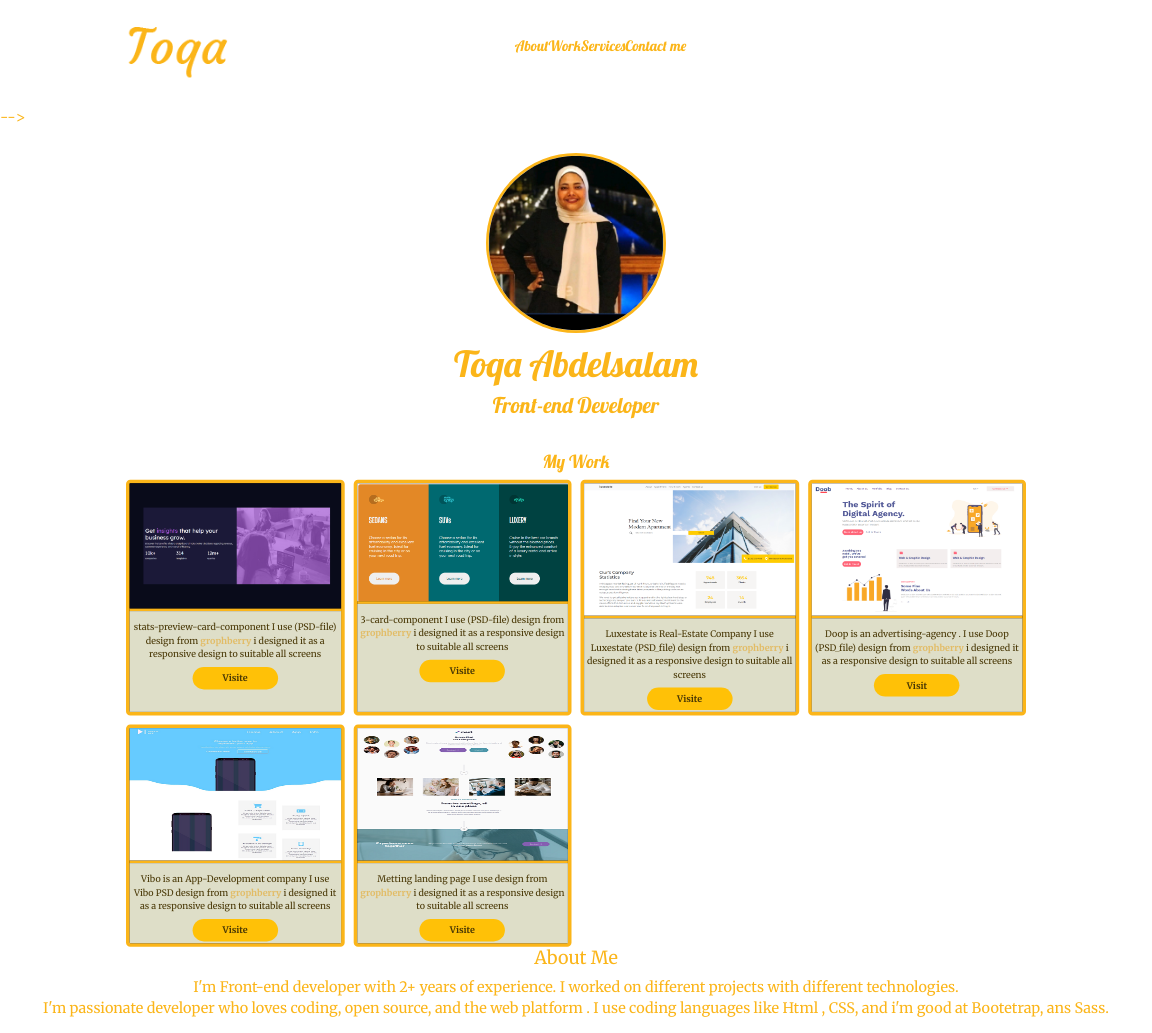
Repository: Toqa-25/portfolio
Page: index.html
These files come from the project's save history. The page is drawn as it stood at one moment and after a run of saves; the edit follows.
The browser window is 1280 px wide. The pictures show the whole page, at 90% of full size.
Some web fonts or font styles are not loaded; a fallback is used.

Above is the page before, as saved 2021-10-31 16:29:08.

### index.html
<!DOCTYPE html>
<html lang="en">
<head>
    <meta charset="UTF-8">
    <meta http-equiv="X-UA-Compatible" content="IE=edge">
    <meta name="viewport" content="width=device-width, initial-scale=1.0">
    <title>Toqa Portfolio</title>
      <!-- bootstrap file -->
      <link rel="stylesheet" href="css/all.min.css">
      <link rel="stylesheet" href="css/bootstrap.css">
      <!-- css file -->
      <link rel="stylesheet" href="css/style.css">
      <!-- fonts -->
      <link rel="preconnect" href="https://fonts.googleapis.com">
<link rel="preconnect" href="https://fonts.gstatic.com" crossorigin>
<link href="https://fonts.googleapis.com/css2?family=Lobster&family=Otomanopee+One&display=swap" rel="stylesheet">
<link rel="preconnect" href="https://fonts.googleapis.com">
<link rel="preconnect" href="https://fonts.gstatic.com" crossorigin>
<link href="https://fonts.googleapis.com/css2?family=Merriweather:ital,wght@0,300;0,400;0,700;0,900;1,300;1,400;1,700;1,900&display=swap" rel="stylesheet">
<link rel="preconnect" href="https://fonts.googleapis.com">
<link rel="preconnect" href="https://fonts.gstatic.com" crossorigin>
<link href="https://fonts.googleapis.com/css2?family=Bebas+Neue&family=Oswald:wght@200;300;400;500;600;700&display=swap" rel="stylesheet">
</head>
<body>
        <!-- header section -->
    <header class="pad">
       <div class="container">
         <div class="header-content">
           <div class="header-logo">
             <img src="images/logo.png" alt="logo">
           </div>
           <div class="header-nav">
             <div class="bar">
               <svg xmlns="http://www.w3.org/2000/svg" width="35" height="35" fill="#fbb519" class="bi bi-list" viewBox="0 0 16 16">
                 <path fill-rule="evenodd" d="M2.5 12a.5.5 0 0 1 .5-.5h10a.5.5 0 0 1 0 1H3a.5.5 0 0 1-.5-.5zm0-4a.5.5 0 0 1 .5-.5h10a.5.5 0 0 1 0 1H3a.5.5 0 0 1-.5-.5zm0-4a.5.5 0 0 1 .5-.5h10a.5.5 0 0 1 0 1H3a.5.5 0 0 1-.5-.5z"/>
               </svg>
             </div>
             <ul class="list unlist">
                 <li>About</li>
                 <li>Work</li>
                 <li>Services</li>
                 <li>Contact me</li>
                 <!-- <li>Reviews</li> -->
             </ul>

           </div>
         </div>
         </div>
        </header><!-- end header section -->
       <!-- <div role="bar">
      <ul class="hidden-bar">
        <li>About</li>
        <li>Work</li>
        <li>Services</li>
        <li>Contact me</li>
        <!-- <li>Reviews</li> -->
      <!-- </ul>
      </div> -->
    <!-- </nav> --> -->

    <!-- information  section -->
    <section  class="inform pad">
      <div class="main-inform " role="main">
        <div class="inform-info">
        <img src="images/toqa.jpg" alt=""><br>
        <h1>Toqa Abdelsalam</h1>
        <h4>Front-end Developer</h4>
      </div>
      </div>
    </section>

      <section class="section container work">
      <h5>My Work</h5>
      <div class="card-groups">
      <div class="project card" role="menu">
        <img src="images/toqa-25.github.io_stats-preview-card-component-main_.png" alt="">
        <p>stats-preview-card-component
      I use  (PSD-file) design from <span> <a href="https://www.frontendmentor.io/">grophberry</a></span>
  i designed it as a responsive design to suitable all screens <br>
  <button><a href="https://toqa-25.github.io/stats-preview-card-component-main/">Visite</a></button>
 </p>
 </div>
      <div class="project card" role="menu">
        <img src="images/toqa-25.github.io_3-cards-component3_.png" alt="">
        <p>3-card-component
      I use (PSD-file) design from <span> <a href="https://www.frontendmentor.io/">grophberry</a></span>
  i designed it as a responsive design to suitable all screens <br>
  <button><a href="https://toqa-25.github.io/3-cards-component/">Visite</a></button>
 </p>
 </div>
      <div class="project card" role="menu">
          <img src="images/destop-luxestate - Copy (1).png" alt="">
          <p>Luxestate is Real-Estate Company
        I use Luxestate (PSD_file) design from <span> <a href="https://www.graphberry.com/">grophberry</a></span>
    i designed it as a responsive design to suitable all screens <br>
    <button><a href="https://toqa-25.github.io/luxstate-project-/">Visite</a></button>
   </p>
   </div>
      <div class="project card" role="menu">
          <img src="images/web_design.png" alt="">
          <p>Doop is an advertising-agency .
        I use Doop (PSD_file) design from <span> <a href="https://www.graphberry.com/">grophberry</a></span>
    i designed it as a responsive design to suitable all screens <br>
    <button><a href="https://toqa-25.github.io/simply-agency/">Visit </a></button>
   </p>
   </div>
      <div class="project card" role="menu">
        <img src="images/Vibo_App(desktop)_toqa-25.github.io2.png" alt="">
          <p>Vibo is an App-Development company
        I use Vibo PSD design from <span> <a href="https://www.graphberry.com/">grophberry</a></span>
    i designed it as a responsive design to suitable all screens <br>
    <button><a href="https://toqa-25.github.io/vibo-app/">Visite</a></button>
   </p>
   </div>
   <div class="project card" role="menu">
    <img src="images/toqa-25.github.io_landing-meeting-page_desktop.png" alt="">
    <p>Metting landing page
  I use  design from <span> <a href="https://www.frontendmentor.io/">grophberry</a></span>
i designed it as a responsive design to suitable all screens <br>
<button><a href="https://toqa-25.github.io/landing-meeting-page/">Visite</a></button>
</p>
</div>
   </div>
      </section>

      <section class="section about">

          <h5>About Me</h5>
      <p> I'm Front-end developer with 2+ years of experience. I worked on different projects with different technologies. <br>
       I'm passionate developer who loves coding, open source, and the web platform .
       I use coding languages like Html , CSS, and i'm good at Bootetrap, ans Sass. </p>
      </section>

</body>
</html>

### css/style.css
/*
    public style
***********************
*/
:root{
    --main-color:#fbb519;
    --section-padding:30px;
}
* , *:after , *:before{
    box-sizing: border-box;
    margin: 0;
    padding: 0;
}
body{
    font-family: 'Merriweather', serif;
    color:var(--main-color);
}
.pad{
    padding: var(--section-padding) 0;
}
.container
{
  width: 80%;
  margin:auto;
}
 .pad h5{
    text-align: center;
    font-family: 'Lobster';
    margin-bottom: 15px;
 }
 .unlist{
     list-style: none;
 }
/*
    header style
***********************
*/
 header{
    font-family: 'Lobster', cursive;
 }
 .header-content{
    display: flex;
}
.header-logo{
    width:40%;
}
.header-nav{
    display: flex;
    justify-content: space-between;
    align-items: center;
     width:60%;
 }
 .bar{
     display: none;
 }
 .header-nav .list{
     display: flex;
     justify-content: space-between;
 }
  nav img{
     margin-top:10px;
 }
 nav .list{
     width: 50%;
    margin-top:20px;
    list-style: none;
    color:var(--main-color);
    display: flex;
    justify-content: space-evenly;
    cursor: pointer;
    font-size: 20px;
 }
 nav .list li{
     font-size: 20px;
     transition: .2s;
     -webkit-transition: .2s;
     -moz-transition: .2s;
     -ms-transition: .2s;
     -o-transition: .2s;
    }
    nav .list li:hover{
        border-bottom: 2px solid var(--main-color);
    }


.bar{
     position: relative;
 }
  .hidden-bar {
     display: block;
     color:var(--main-color);
     position: absolute;
    top: 25px;
    left: 45px;
     background-color: #f5f5dc91;
     list-style: none;
     border-radius: 8px;
     padding: 10px;

 }
/* media quary for header*/
 @media (min-width: 767px){
   /* .list {
      display: none;
  } */
  /* div{
      display: block;
      padding: 15px;
  } */
  .main-inform  h2{
    font-size: 20px;
    line-height: 2rem;
  }
  .main-inform img{
    width: 100px;
    height: 100px;
 }
}
 @media (min-width: 768px){
     /* nav div{
         display: none;

     } */
 }


 /* .hidden-bar{
    display: none;

} */
.hidden-bar li:hover{
 padding: 5px;
 font-size: 25px;
}
/*
    my image style
***********************
*/

 .main-inform{
    color: var(--main-color);
    text-align: center;
    /* background-image: url(../images/mohammad-rahmani-8qEB0fTe9Vw-unsplash.jpg); */
    height: 300px;
    display: flex;
    align-items: center;
    justify-content: center;
    /* font-family: 'Bebas Neue', cursive; */
     /* font-family: 'Oswald', sans-serif; */
     font-family: 'Lobster', cursive;


 }
 .main-inform img{
     width: 200px;
     height: 200px;
     border:3px solid;
     border-radius: 50%;
     -webkit-border-radius: 50%;
     -moz-border-radius: 50%;
     -ms-border-radius: 50%;
     -o-border-radius: 50%;
     margin-bottom: 10px;
}
 h2{
    color: #dad3d3;
    text-transform: uppercase;
    line-height: 3rem;
 }
 span{
     color:var(--main-color)
 }
 .card-groups{
     display: grid;
    grid-template-columns:repeat(4,1fr);
    gap:10px;
 }
 .work h5{
    text-align: center;
    font-family: 'Lobster';
 }
.card {
    width: 100%;
    height: 100%;
    position: relative;
    display: flex;
    flex-direction: column;
    min-width: 0;
    word-wrap: break-word;
    background-color: black;
    background-clip: border-box;
    border: 4px solid var(--main-color);
    border-radius: 0.3rem;
}

.card img{
    max-width:100%;
    max-height: 150px;
    border-bottom: 3px solid;
}
.card img:hover{
   transform: scale(1.1);
   -webkit-transform: scale(1.1);
   -moz-transform: scale(1.1);
   -ms-transform: scale(1.1);
   -o-transform: scale(1.1);
}
.card p{
    margin-bottom: 1rem;
    background-color: black;
    font-size: 10px;
    padding: 2px;
    margin: 0px;
    margin-top: 0px;
    width: 100%;
    height: 100%;
    text-align: center;
    color:#483705;
    background-color: #f5f5dce8;
    padding-top: 10px;

}
.card p a{
    text-decoration: none;
    color: #e2bc66;
    font-weight: bolder;
}
.card p:hover{

}

.card button{
    width: 95px;
    text-align: center;
    background-color: #ffc107;
    border: none;
    border-radius: 15px;
    padding: 5px;
    margin-top: 7px;
}
.card button:hover{
    width:120px;
    padding: 10px;
}
.card button a{
    text-decoration: none;
    color: #483705;
}

.about{
    text-align: center;

}

/*
           media quary style
    ***************************************
        //extra small devices @media (maxwidth:575px)
        //small devices @media (maxwidth:767px)
        //medium devices @media (maxwidth:991px)
        //large devices @media (maxwidth:1199px)
*/

Loaded but not shown: css/all.min.css (library); css/bootstrap.css (library)

After the next 2 saves:
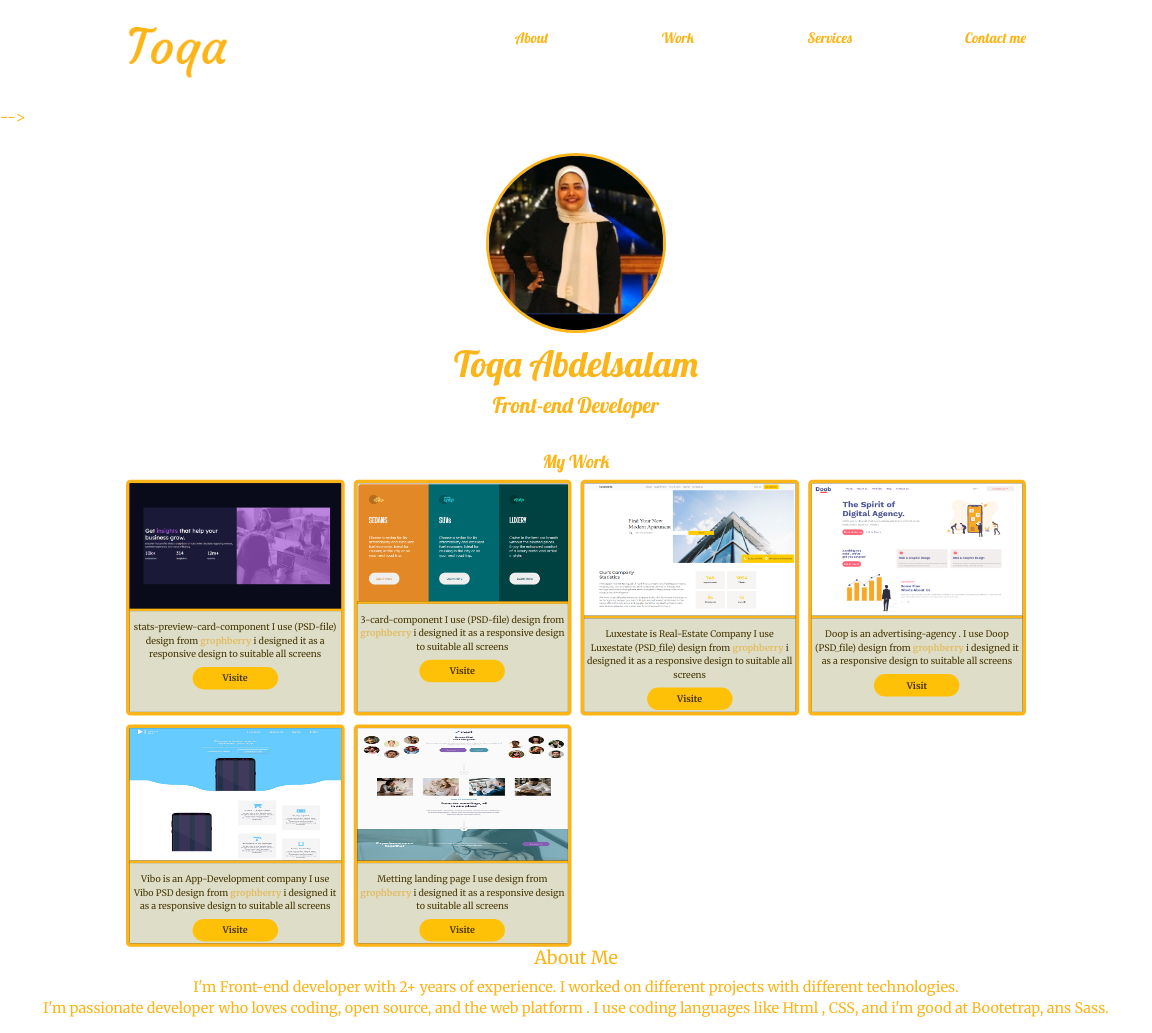
The 2 saves are shown as one change because they came seconds apart.
The last was saved 55 s later.
--- a/css/style.css
+++ b/css/style.css
@@ -45,10 +45,10 @@ body{
     width:40%;
 }
 .header-nav{
-    display: flex;
+    width:60%;
+    /* display: flex;
     justify-content: space-between;
-    align-items: center;
-     width:60%;
+    align-items: center; */
  }
  .bar{
      display: none;

After the save that followed:
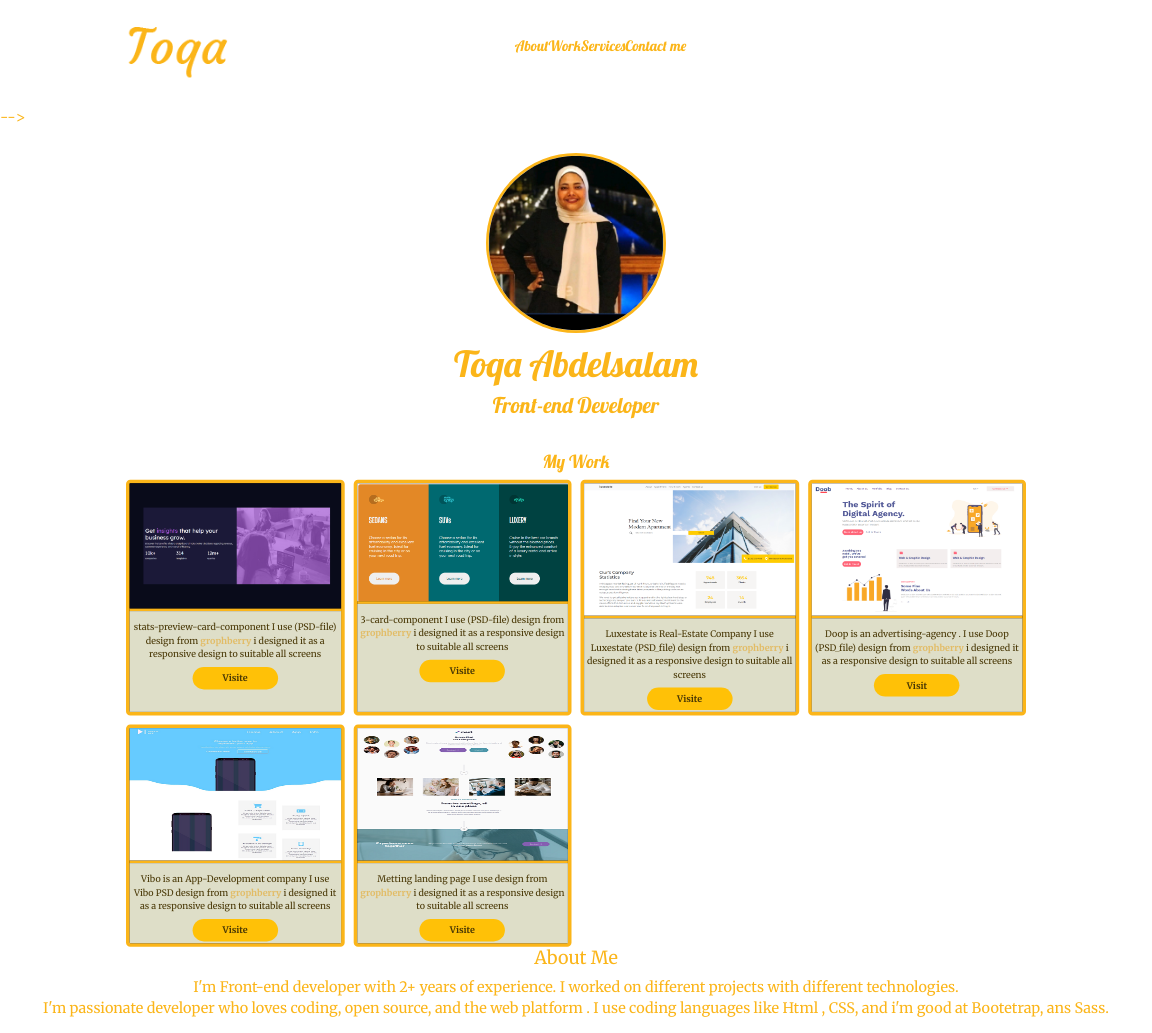
Saved 6 s later.
--- a/css/style.css
+++ b/css/style.css
@@ -46,7 +46,7 @@ body{
 }
 .header-nav{
     width:60%;
-    /* display: flex;
+    display: flex;
     justify-content: space-between;
     align-items: center; */
  }
